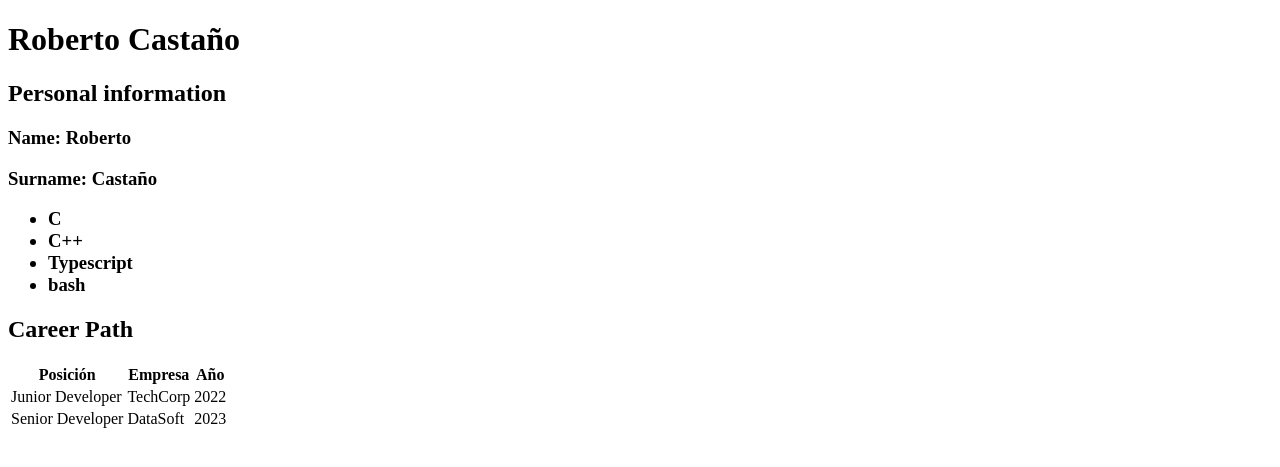
Repository: cronopi/django
Page: Training-Python-Django-0 1/ex01/cv.html
An editor plug-in stored every save of this project. The page is shown before and after the next save, followed by the edit.
The browser window is 1280 px wide. The pictures show the whole page.

Above is the page before, as saved 2026-03-10 12:17:23.

After the next save:
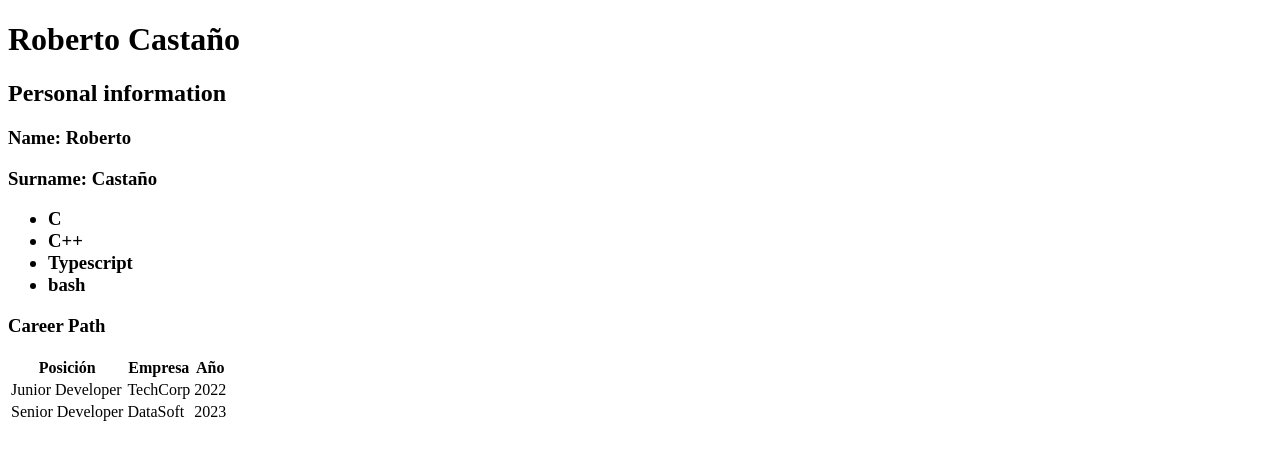
Saved 38 s later.
--- a/Training-Python-Django-0 1/ex01/cv.html
+++ b/Training-Python-Django-0 1/ex01/cv.html
@@ -23,24 +23,24 @@
 
 		</ul>
 
-	<h2>Career Path</h2>
-	<table>
-		<tr>
-			<th>Posición</th>
-			<th>Empresa</th>
-			<th>Año</th>
-		</tr>
-		<tr>
-			<td>Junior Developer</td>
-			<td>TechCorp</td>
-			<td>2022</td>
-		</tr>
-		<tr>
-			<td>Senior Developer</td>
-			<td>DataSoft</td>
-			<td>2023</td>
-		</tr>
-	</table>
+		<h3>Career Path</h2>
+			<table>
+				<tr>
+					<th>Posición</th>
+					<th>Empresa</th>
+					<th>Año</th>
+				</tr>
+				<tr>
+					<td>Junior Developer</td>
+					<td>TechCorp</td>
+					<td>2022</td>
+				</tr>
+				<tr>
+					<td>Senior Developer</td>
+					<td>DataSoft</td>
+					<td>2023</td>
+				</tr>
+			</table>
 </body>
 
 </html>
